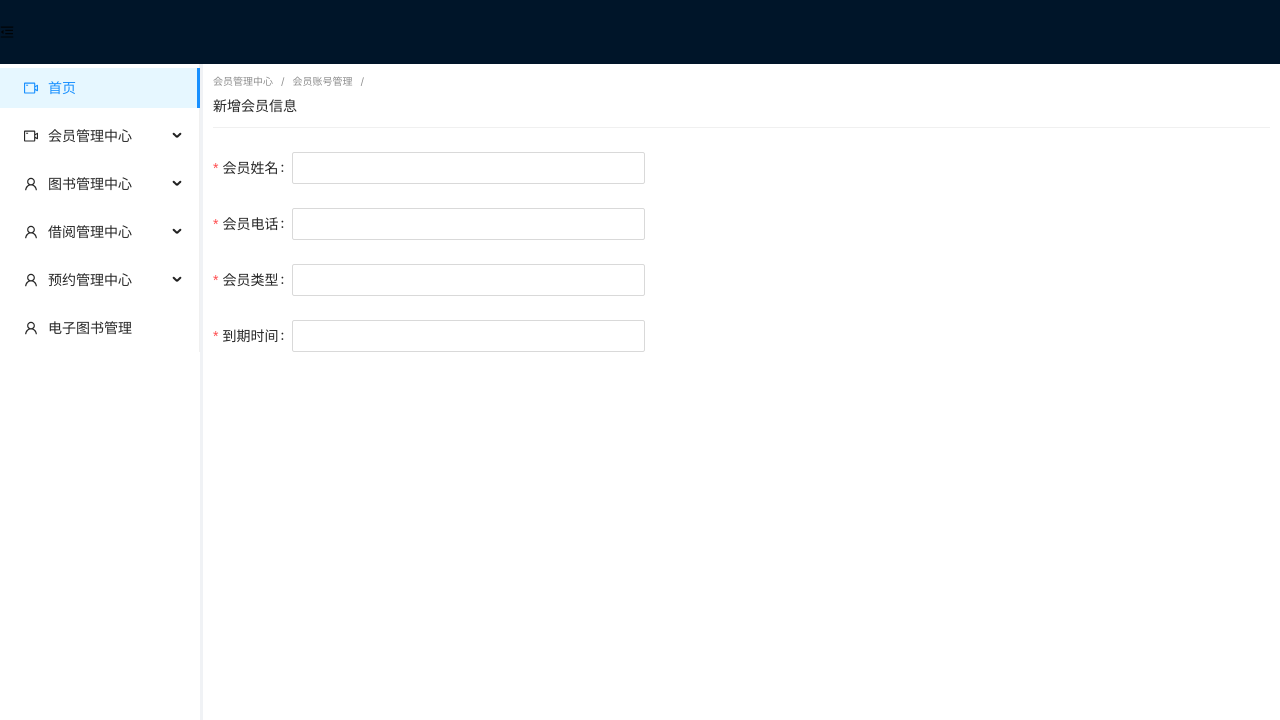
Repository: font-ds/cssy-manage
Page: /vipmanage/vipmanage1/add
The author's editor kept a copy of each file at every save. The page is drawn from the files as they stood at one save, then again after the next save.
The browser window is 1280 px wide. The pictures show the whole page.
The project was rebuilt for these pictures with package versions that can differ from the ones it lists, and the page was loaded fresh each time. Some packages were replaced by stand-ins written for this rebuild. Also part of the build but not shown: src/pages/auth/vipManage/coupon/index.tsx, src/utils/use-optimistic-options.tsx, src/utils/util.tsx, src/utils/http.tsx, src/pages/auth/vipManage/manage/util.tsx, src/pages/auth/vipManage/manage/index.tsx, src/pages/auth/vipManage/manage/detail/components/util.tsx, src/pages/auth/vipManage/manage/detail/components/appointTable.tsx and 6 more. Imported but missing from the stored project, and not drawn on this page: src/pages/auth/index/index, src/reportWebVitals, src/store/test.

Above is the page before, as saved 2022-09-14 18:15:27.

After the next save:
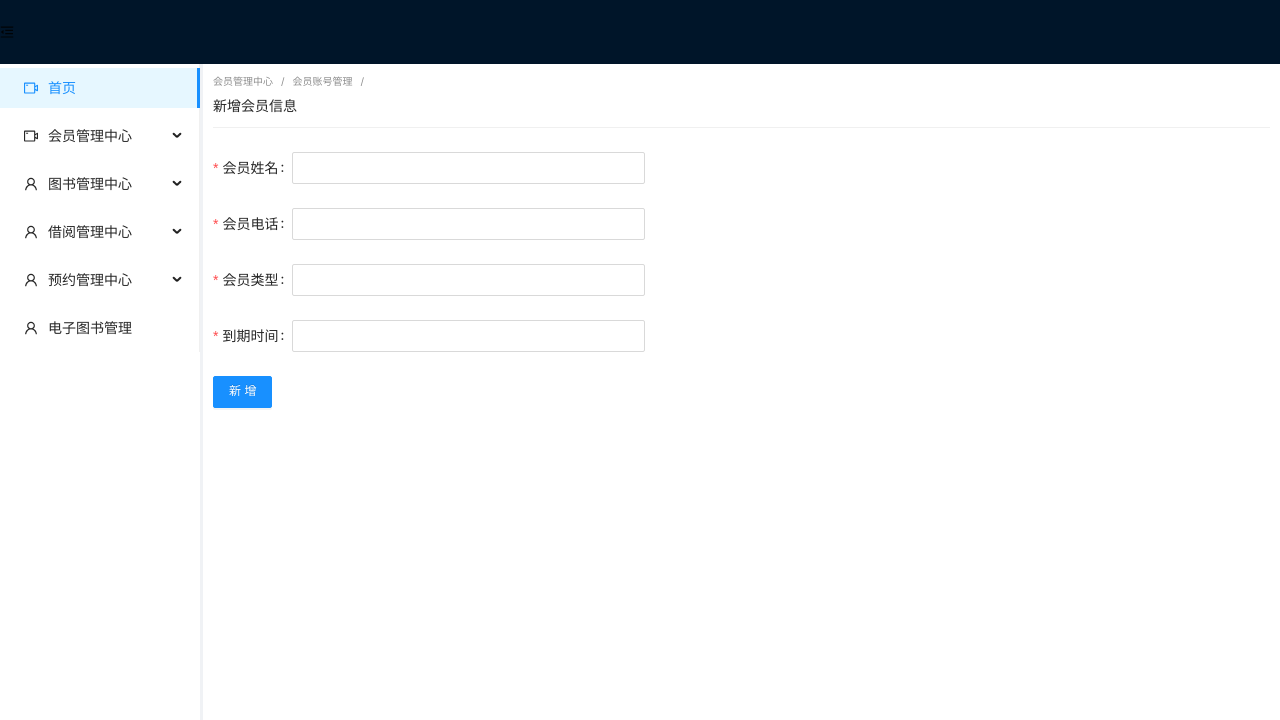
Saved 79 s later.
--- a/src/pages/auth/vipManage/manage/add/index.tsx
+++ b/src/pages/auth/vipManage/manage/add/index.tsx
@@ -49,6 +49,12 @@ export default function Index() {
                 >
                   <Input />
                 </Form.Item>
+
+                <Form.Item >
+                    <Button type="primary" htmlType="submit">
+                      新增
+                    </Button>
+                </Form.Item>
             </Form>
     </div>
   )
